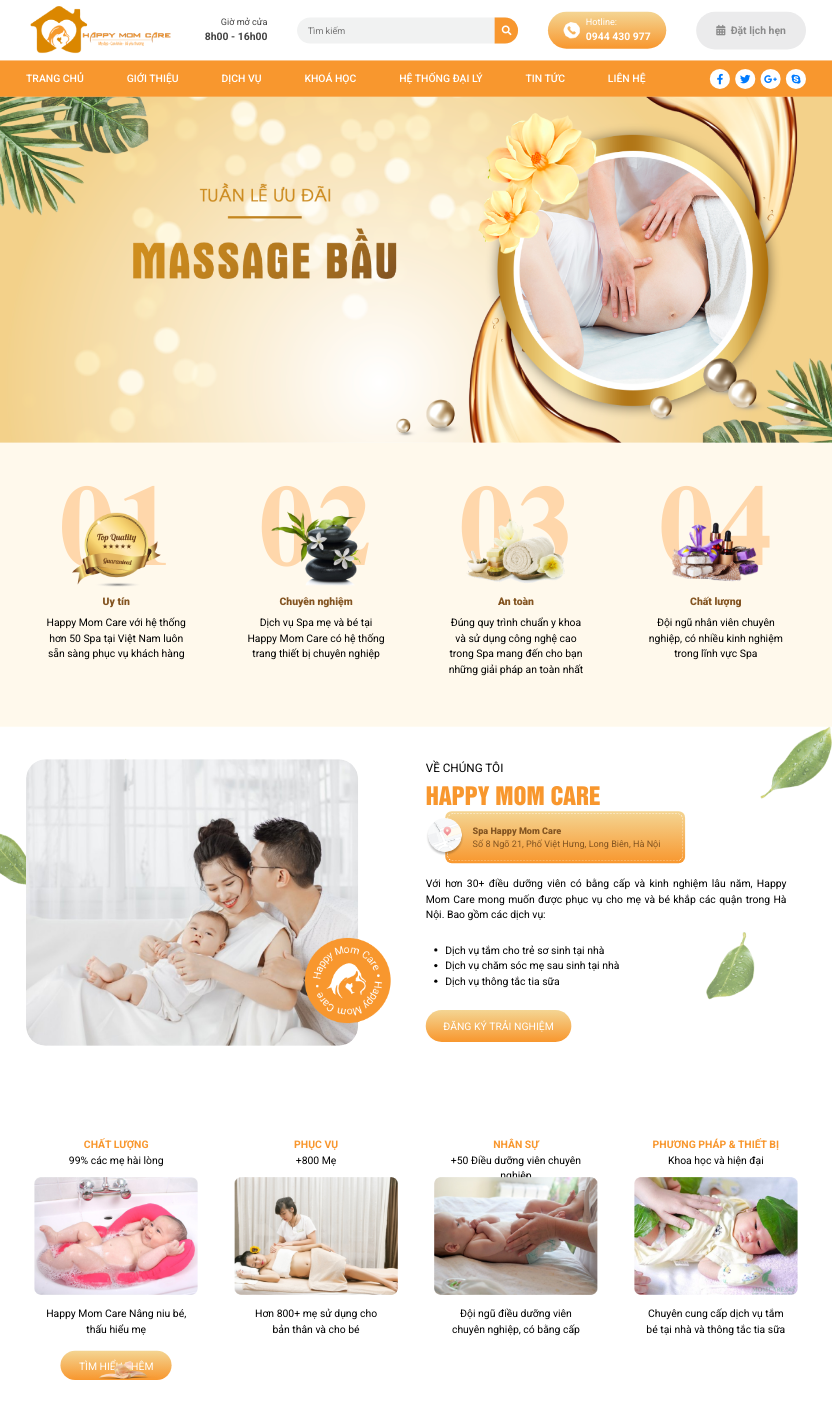
Repository: haianh12082001/happymom
Page: index.html
An editor plug-in stored every save of this project. The page is shown before and after the next save, followed by the edit.
The browser window is 1280 px wide. The pictures show the whole page, at 65% of full size.
Some web libraries are served in a nearby version. The style sheet was rebuilt from its Sass, Less or Tailwind sources for each picture, by a compiler version that may differ from the author's.

Above is the page before, as saved 2021-11-16 08:40:02.

### index.html
<!DOCTYPE html>
<html lang="en">
    <head>
        <meta charset="UTF-8" />
        <meta http-equiv="X-UA-Compatible" content="IE=edge" />
        <meta name="viewport" content="width=device-width, initial-scale=1.0" />
        <title>Document</title>
        <link href="https://fonts.googleapis.com/css2?family=Roboto:wght@300;400;500;700;900&display=swap" rel="stylesheet" />
        <link rel="stylesheet" href="./assets/fonts/fontawesome-free-5.15.3/css/all.min.css" />
        <link
            rel="stylesheet"
            href="https://cdn.jsdelivr.net/npm/bootstrap@4.6.0/dist/css/bootstrap.min.css"
            integrity="sha384-B0vP5xmATw1+K9KRQjQERJvTumQW0nPEzvF6L/Z6nronJ3oUOFUFpCjEUQouq2+l"
            crossorigin="anonymous"
        />
        <link rel="stylesheet" href="./assets/css/app.css" />
    </head>
    <body>
        <div class="topbar">
            <div class="topbar__container container">
                <div class="topbar__logo">
                    <img src="./assets/img/logo.png" alt="" />
                </div>
                <div class="topbar__openTime">
                    <div class="openTime__text">Giờ mở cửa</div>
                    <div class="openTime__time">8h00 - 16h00</div>
                </div>
                <div class="topbar__seach">
                    <input type="text" name="" id="" placeholder="Tìm kiếm" />
                    <button class="button__seach">
                        <i class="fas fa-search r"></i>
                    </button>
                </div>
                <div class="topbar__hotline">
                    <div class="hotline__icon">
                        <img src="./assets/img/icon__phone.png" alt="" />
                    </div>
                    <div class="hotline__text">
                        <p class="hotline__text--top">Hotline:</p>
                        <p class="hotline__text--bottom">0944 430 977</p>
                    </div>
                </div>
                <div class="topbar__book">
                    <div class="book__icon">
                        <i class="fas fa-calendar-alt"></i>
                    </div>
                    <p class="book__text">Đặt lịch hẹn</p>
                </div>
            </div>
        </div>
        <header class="header">
            <div class="header__container container">
                <ul class="header__list">
                    <li class="header__item">
                        <a href="#" class="header__link">Trang chủ</a>
                    </li>
                    <li class="header__item">
                        <a href="#" class="header__link">Giới thiệu</a>
                    </li>
                    <li class="header__item">
                        <a href="#" class="header__link">Dịch vụ</a>
                    </li>
                    <li class="header__item">
                        <a href="#" class="header__link">Khoá học</a>
                    </li>
                    <li class="header__item">
                        <a href="#" class="header__link">Hệ thống đại lý</a>
                    </li>
                    <li class="header__item">
                        <a href="#" class="header__link">Tin tức</a>
                    </li>
                    <li class="header__item">
                        <a href="#" class="header__link">Liên hệ</a>
                    </li>
                </ul>
                <ul class="header__social">
                    <li>
                        <a href="#">
                            <i class="fab fa-facebook-f"></i>
                        </a>
                    </li>
                    <li>
                        <a href="#">
                            <i class="fab fa-twitter"></i>
                        </a>
                    </li>
                    <li>
                        <a href="#">
                            <i class="fab fa-google-plus-g"></i>
                        </a>
                    </li>
                    <li>
                        <a href="#">
                            <i class="fab fa-skype"></i>
                        </a>
                    </li>
                </ul>
            </div>
        </header>
        <section class="banner">
            <div class="banner__content">
                <div class="banner__img">
                    <img src="./assets/img/banner/Rectangle 28.png" alt="" />
                </div>
                <!-- <div class="banner__phone">
                    <div class="icon">
                        <i class="fas fa-phone-alt"></i>
                    </div>
                    <div class="text">0944 430 977</div>
                </div> -->
            </div>
        </section>
        <section class="bannerAdv">
            <div class="bannerAdv__container container">
                <div class="row">
                    <div class="bannerAdv__item col-lg-3">
                        <div class="bannerAdv__item--top">
                            <div class="text">01</div>
                            <img src="./assets/img/bannerAdv/pngwing 6.png" alt="" />
                        </div>
                        <div class="bannerAdv__item--bottom">
                            <div class="name">Uy tín</div>
                            <p class="des">Happy Mom Care với hệ thống hơn 50 Spa tại Việt Nam luôn sẵn sàng phục vụ khách hàng</p>
                        </div>
                    </div>
                    <div class="bannerAdv__item col-lg-3">
                        <div class="bannerAdv__item--top">
                            <div class="text">02</div>
                            <img src="./assets/img/bannerAdv/pngwing 8.png" alt="" />
                        </div>
                        <div class="bannerAdv__item--bottom">
                            <div class="name">Chuyên nghiệm</div>
                            <p class="des">Dịch vụ Spa mẹ và bé tại Happy Mom Care có hệ thống trang thiết bị chuyên nghiệp</p>
                        </div>
                    </div>
                    <div class="bannerAdv__item col-lg-3">
                        <div class="bannerAdv__item--top">
                            <div class="text">03</div>
                            <img src="./assets/img/bannerAdv/pngwing 9.png" alt="" />
                        </div>
                        <div class="bannerAdv__item--bottom">
                            <div class="name">An toàn</div>
                            <p class="des">Đúng quy trình chuẩn y khoa và sử dụng công nghệ cao trong Spa mang đến cho bạn những giải pháp an toàn nhất</p>
                        </div>
                    </div>
                    <div class="bannerAdv__item col-lg-3">
                        <div class="bannerAdv__item--top">
                            <div class="text">04</div>
                            <img src="./assets/img/bannerAdv/pngwing 10.png" alt="" />
                        </div>
                        <div class="bannerAdv__item--bottom">
                            <div class="name">Chất lượng</div>
                            <p class="des">Đội ngũ nhân viên chuyên nghiệp, có nhiều kinh nghiệm trong lĩnh vực Spa</p>
                        </div>
                    </div>
                </div>
            </div>
        </section>
        <section class="introduce">
            <div class="introduce__container container">
                <div class="row">
                    <div class="col-lg-6">
                        <div class="introduce__img">
                            <img src="./assets/img/Rectangle 33.png" alt="" />
                        </div>
                    </div>
                    <div class="col-lg-6">
                        <div class="introduce__heading">Về chúng tôi</div>
                        <div class="introduce__name">Happy mom care</div>
                        <div class="introduce__address">
                            <div class="introduce__address--img">
                                <img src="./assets/img/Ellipse 29.png" alt="" />
                            </div>
                            <div class="introduce__address--text">
                                <p>Spa Happy Mom Care</p>
                                <span>Số 8 Ngõ 21, Phố Việt Hưng, Long Biên, Hà Nội</span>
                            </div>
                        </div>
                        <div class="introduce__text">
                            <p>
                                Với hơn 30+ điều dưỡng viên có bằng cấp và kinh nghiệm lâu năm, Happy Mom Care mong muốn được phục vụ cho mẹ và bé khắp các quận
                                trong Hà Nội. Bao gồm các dịch vụ:
                            </p>
                            <ul class="text__list">
                                <li>Dịch vụ tắm cho trẻ sơ sinh tại nhà</li>
                                <li>Dịch vụ chăm sóc mẹ sau sinh tại nhà</li>
                                <li>Dịch vụ thông tắc tia sữa</li>
                            </ul>
                        </div>
                        <div class="introduce__btn">
                            <a href="">Đăng ký trải nghiệm</a>
                        </div>
                    </div>
                </div>
            </div>
        </section>
        <section class="blog">
            <div class="blog__container container">
                <div class="row">
                    <div class="blog__item col-lg-3">
                        <div class="blog__name">Chất lượng</div>
                        <div class="blog__subname">99% các mẹ hài lòng</div>
                        <div class="blog__img">
                            <img src="./assets/img/blog/Rectangle 35 (3).png" alt="" />
                        </div>
                        <div class="blog__des">Happy Mom Care Nâng niu bé, thấu hiểu mẹ</div>
                        <div class="blog__btn btn">
                            <a href="">Tìm hiểu thêm</a>
                            <img class="blog__btn--img" src="./assets/img/blog/plant 1.png" alt="" />
                        </div>
                    </div>
                    <div class="blog__item col-lg-3">
                        <div class="blog__name">Phục vụ</div>
                        <div class="blog__subname">+800 Mẹ</div>
                        <div class="blog__img">
                            <img src="./assets/img/blog/Rectangle 35 (4).png" alt="" />
                        </div>
                        <div class="blog__des">Hơn 800+ mẹ sử dụng cho bản thân và cho bé</div>
                    </div>
                    <div class="blog__item col-lg-3">
                        <div class="blog__name">Nhân sự</div>
                        <div class="blog__subname">+50 Điều dưỡng viên chuyên nghiệp</div>
                        <div class="blog__img">
                            <img src="./assets/img/blog/Rectangle 35 (5).png" alt="" />
                        </div>
                        <div class="blog__des">Đội ngũ điều dưỡng viên chuyên nghiệp, có bằng cấp</div>
                    </div>
                    <div class="blog__item col-lg-3">
                        <div class="blog__name">PHƯƠNG PHÁP & THIẾT BỊ</div>
                        <div class="blog__subname">Khoa học và hiện đại</div>
                        <div class="blog__img">
                            <img src="./assets/img/blog/Rectangle 35 (6).png" alt="" />
                        </div>
                        <div class="blog__des">Chuyên cung cấp dịch vụ tắm bé tại nhà và thông tắc tia sữa</div>
                    </div>
                </div>
            </div>
        </section>
        <script type="text/javascript" src="https://code.jquery.com/jquery-1.11.0.min.js"></script>
        <script type="text/javascript" src="https://code.jquery.com/jquery-migrate-1.2.1.min.js"></script>
        <script
            src="https://cdnjs.cloudflare.com/ajax/libs/bootstrap/4.6.0/js/bootstrap.min.js"
            integrity="sha512-XKa9Hemdy1Ui3KSGgJdgMyYlUg1gM+QhL6cnlyTe2qzMCYm4nAZ1PsVerQzTTXzonUR+dmswHqgJPuwCq1MaAg=="
            crossorigin="anonymous"
            referrerpolicy="no-referrer"
        ></script>
        <script type="text/javascript" src="https://cdn.jsdelivr.net/npm/slick-carousel@1.8.1/slick/slick.min.js"></script>
        <script src="./assets/js/main.js"></script>
    </body>
</html>

### assets/sass/app.scss
@import "variables";
@import "reset";
@import "global";
@import "topbar";
@import "header";
@import "banner";
@import "bannerAdv";
@import "introduce";
@import "blog";

### assets/sass/_variables.scss
$font-family: "Roboto", sans-serif;
$color-global: #f8972e;
$text-color: #000000;

### assets/sass/_reset.scss
html {
    box-sizing: border-box;
    scroll-behavior: smooth;
}
* {
    margin: 0;
    padding: 0;
}
*,
*:before,
*:after {
    box-sizing: border-box;
}
input,
textarea,
select,
button {
    outline: none;
}
input {
    line-height: normal;
    outline: none;
    box-shadow: none;
}
input:focus {
    outline: 0;
    border: none;
    box-shadow: none;
}
ul,
li {
    margin: 0;
    padding: 0;
    list-style: none;
}
label,
button {
    cursor: pointer;
}
a {
    text-decoration: none;
    &:hover {
        text-decoration: none;
    }
}
img {
    display: block;
    max-width: 100%;
}

### assets/sass/_global.scss
@font-face {
    font-family: "UTM";
    font-display: swap;
    src: url("../fonts/word/UTM\ HelvetIns.ttf") format("truetype");
}
@font-face {
    font-family: "Time";
    font-display: swap;
    src: url("../fonts/word/timesbd.ttf") format("truetype");
}
body {
    font-family: $font-family;
    margin: 0;
    padding: 0;
    width: 100%;
    font-size: 16px;
    color: $text-color;
}
.container {
    max-width: 1230px;
    margin: 0 auto;
    padding: 0 15px;
}

### assets/sass/_topbar.scss
.topbar {
    height: 93px;
    display: flex;
    align-items: center;
    &__container {
        display: flex;
        align-items: center;
        justify-content: space-between;
    }
    &__logo {
        img {
            max-width: 229px;
            max-height: 84px;
            object-fit: cover;
        }
    }
    &__openTime {
        color: #424242;
        text-align: right;
        .openTime__text {
            font-size: 14px;
            font-weight: 400;
        }
        .openTime__time {
            font-weight: 700;
        }
    }
    &__seach {
        position: relative;
        input {
            width: 340px;
            max-width: 340px;
            background: #f1f2f2;
            padding: 12px 16px;
            font-size: 14px;
            color: #7f808c;
            border: none;
            border-radius: 101px;
        }
        .button__seach {
            position: absolute;
            top: 50%;
            right: 0;
            transform: translateY(-50%);
            border: none;
            width: 36px;
            height: 40px;
            border-radius: 0px 101px 101px 0px;
            background: $color-global;
            i {
                font-size: 15px;
                color: #fff;
            }
        }
    }
    &__hotline {
        background: linear-gradient(180deg, #f4d593 0%, #f8972e 100%);
        border-radius: 50px;
        padding: 6px 24px;
        display: flex;
        .hotline__icon {
            display: flex;
            align-items: center;
            margin-right: 9px;
        }
        .hotline__text {
            p {
                margin-bottom: 0;
                color: #fff;
            }
            &--top {
                font-size: 14px;
                font-weight: 400;
            }
            &--bottom {
                font-weight: 700;
            }
        }
    }
    &__book {
        display: flex;
        align-items: center;
        padding: 17px 31px;
        color: #8b8b8b;
        background: #ebebec;
        border-radius: 100px;
        .book__icon {
            margin-right: 8px;
        }
        .book__text {
            margin-bottom: 0;
            font-weight: 700;
        }
    }
}

### assets/sass/_header.scss
.header {
    // height: 59px;
    background: $color-global;
    &__container {
        display: flex;
        justify-content: space-between;
        align-items: center;
    }
    &__list {
        display: flex;
        justify-content: space-between;
        text-transform: uppercase;
        align-items: center;
        // column-gap: 66px;
    }
    &__item {
        margin-left: 66px;
        padding: 16px 0;
        &:first-child {
            margin-left: 0;
        }
    }
    &__link {
        color: #fff;
        font-weight: 500;
    }
    &__social {
        display: flex;
        align-items: center;
        li {
            width: 31px;
            height: 31px;
            background: #fff;
            border-radius: 50%;
            margin-left: 8px;
            i {
                display: flex;
                height: 100%;
                justify-content: center;
                align-items: center;
            }
        }
    }
}

### assets/sass/_banner.scss
.banner {
    position: relative;
    &__img img {
        width: 100%;
        max-height: 598px;
    }
    &__phone {
        color: #845522;
        display: flex;
        .text {
            font-family: "UTM";
        }
    }
}

### assets/sass/_bannerAdv.scss
.bannerAdv {
    background: #fff9ec;
    padding: 25px 0 60px;
    &__container {
    }
    &__item {
        padding: 0px 46px;
        display: flex;
        flex-direction: column;
        align-items: center;
        &--top {
            position: relative;
            display: inline-block;
            max-width: 180px;
            height: 207px;

            .text {
                color: #ffd7ab;
                font-size: 180px;
                font-weight: 700;
                font-family: "Time";
                line-height: 206px;
            }
            img {
                position: absolute;
                bottom: 10px;
                left: 50%;
                transform: translateX(-50%);
            }
        }
        &--bottom {
            text-align: center;
            .name {
                color: #845522;
                margin-bottom: 9px;
                font-weight: 900;
            }
        }
    }
}

### assets/sass/_introduce.scss
.introduce {
    background-image: url("../img/intro.png");
    background-repeat: no-repeat;
    background-size: 100%;
    padding-top: 50px;
    padding-bottom: 60px;
    &__img {
        width: 511px;
        height: 441px;
        position: relative;

        img {
            width: 100%;
            height: 100%;
            object-fit: cover;
            border-radius: 30px;
        }
        &::before {
            content: "";
            position: absolute;
            width: 132px;
            height: 131px;
            background-image: url("../img/Group\ 2.png");
            bottom: 35px;
            right: -50px;
        }
    }
    &__heading {
        text-transform: uppercase;
        font-weight: 400;
        font-size: 18px;
    }
    &__name {
        text-transform: uppercase;
        font-family: "UTM";
        color: $color-global;
        font-size: 36px;
        line-height: 53px;
    }
    &__address {
        padding-left: 30px;
        position: relative;
        margin-bottom: 20px;
        &--img {
            width: 59px;
            height: 59px;
            position: absolute;
            z-index: 2;
            left: 0;
            top: 50%;
            transform: translateY(-50%);
            img {
                width: 100%;
                height: 100%;
                object-fit: cover;
            }
        }
        &--text {
            padding: 20px 10px 20px 42px;
            background: linear-gradient(180deg, #f4d593 0%, #f8972e 100%);
            border-radius: 10px;
            position: relative;
            width: 369px;
            font-size: 14px;
            color: #845522;
            line-height: 20px;
            z-index: 1;

            &::before {
                content: "";
                position: absolute;
                width: calc(100% - 6px);
                height: calc(100% - 6px);
                top: 3px;
                left: 3px;
                right: 3px;
                bottom: 3px;
                border: 1px dashed #ffffff;
                box-sizing: border-box;
                border-radius: 10px;
            }
            p {
                margin: 0;
                font-weight: 900;
            }
            span {
                font-weight: 400;
            }
        }
    }
    &__text {
        text-align: justify;
        padding-right: 30px;
        margin-bottom: 45px;
        p {
            margin-bottom: 30px;
        }
        .text__list {
            margin-top: 10px;
            padding-left: 30px;

            li {
                list-style: disc;
            }
        }
    }
    &__btn {
        display: initial;
        a {
            text-transform: uppercase;
            color: #fff;
            background: linear-gradient(180deg, #f4d593 0%, #f8972e 100%);
            border-radius: 50px;
            padding: 15px 27px;
        }
    }
}

### assets/sass/_blog.scss
.blog {
    padding-top: 40px;
    &__item {
        padding: 40px 28px 55px 28px;
    }
    &__name {
        text-align: center;
        text-transform: uppercase;
        color: $color-global;
        font-weight: 700;
    }
    &__subname {
        text-align: center;
        // margin-bottom: 13px;
        height: 38px;
    }
    &__des {
        text-align: center;
        padding: 17px;
        display: -webkit-box;
        -webkit-line-clamp: 2;
        -webkit-box-orient: vertical;
        overflow: hidden;
        text-overflow: ellipsis;
        word-break: break-word;
        // height: 59px;
    }
    &__btn {
        text-align: center;
        margin-top: 10px;
        position: relative;
        display: inherit;
        a {
            padding: 15px 28px 11px 28px;
            background: linear-gradient(180deg, #f4d593 0%, #f8972e 100%);
            border-radius: 50px;
            text-transform: uppercase;
            color: #fff;
        }
        &--img {
            position: absolute;
            bottom: 0;
            right: 0;
            transform: translateX(-50%);
        }
    }
}

Loaded but not shown: assets/fonts/fontawesome-free-5.15.3/css/all.min.css (library); assets/js/main.js (no copy from this time; the picture is the same without it)

After the next save:
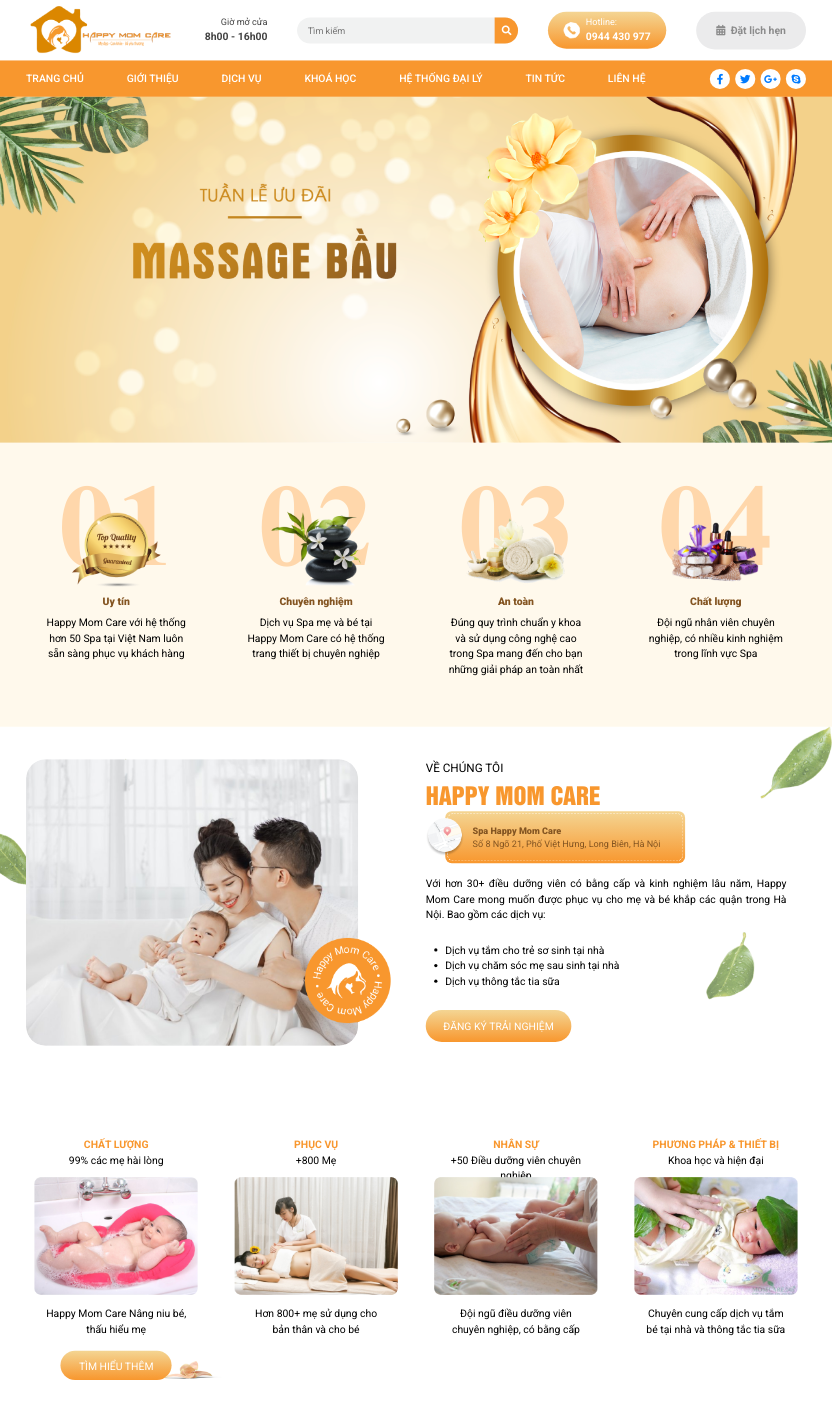
Saved 6 s later.
--- a/assets/sass/_blog.scss
+++ b/assets/sass/_blog.scss
@@ -41,7 +41,7 @@
             position: absolute;
             bottom: 0;
             right: 0;
-            transform: translateX(-50%);
+            transform: translateX(50%);
         }
     }
 }
